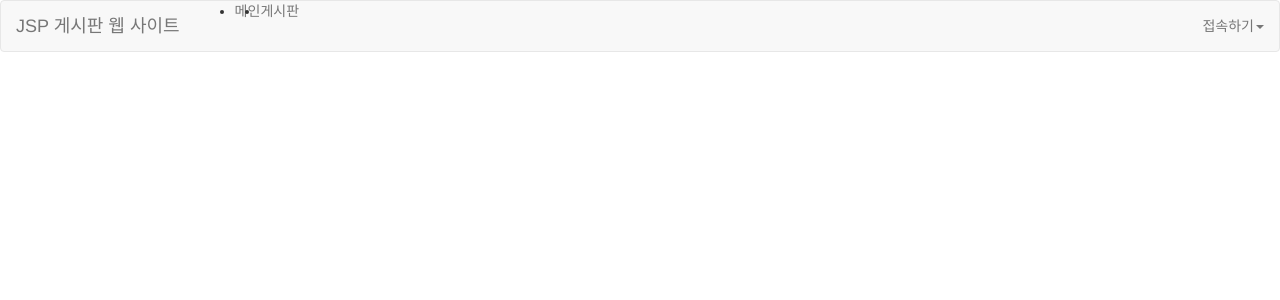
Repository: OpenSourceDevelopmentProject/EscapeYoutubeAlgorithm
Page: http://localhost/BBS/login.jsp
The author's editor kept a copy of each file at every save. The page is drawn from the files as they stood at one save, then again after the next save.
The browser window is 1280 px wide. The pictures show the whole page.
Some web libraries are served in a nearby version. The page is served by Tomcat 9.

Above is the page before, as saved 2021-11-25 14:33:07.

After the next save:
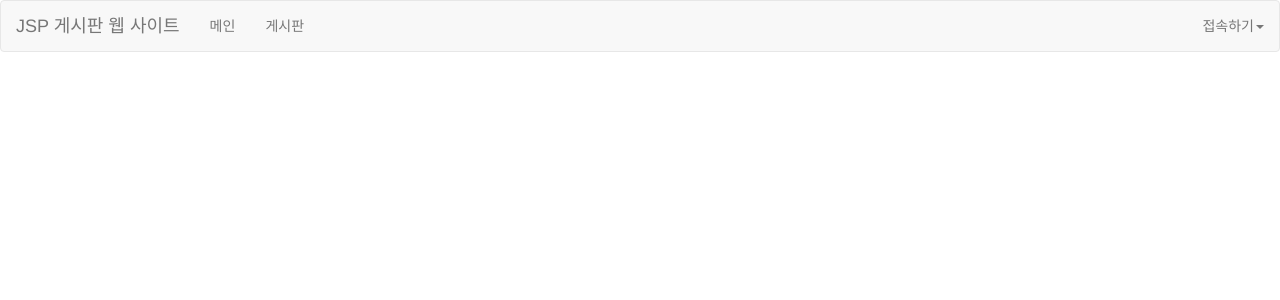
Saved 11 s later.
--- a/projects/BBS/src/main/webapp/login.jsp
+++ b/projects/BBS/src/main/webapp/login.jsp
@@ -25,7 +25,7 @@
 
 	<!--  -->
 	<div class="collapse navbar-collapse" id="bs-example-navbar-collapse-1">
-		<ul class ="nv navbar-nav">
+		<ul class ="nav navbar-nav">
 			<li><a href="main.jsp">메인</a></li>
 			<li><a href="bbs.jsp">게시판</a></li>
 		</ul>
